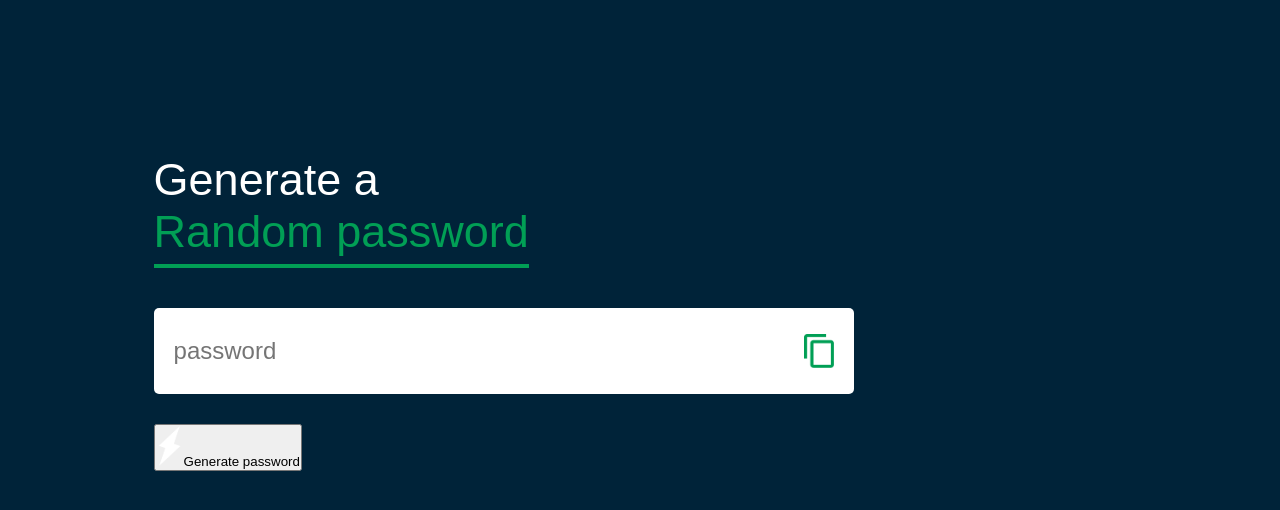
Repository: YAAMAR/password-generator
Page: Random password/index.html
These files come from the project's save history. The page is drawn as it stood at one moment and after a run of saves; the edit follows.
The browser window is 1280 px wide. The pictures show the whole page.

Above is the page before, as saved 2024-05-02 19:12:58.

### Random password/index.html
<!DOCTYPE html>
<html lang="en">
<head>
    <meta charset="UTF-8">
    <meta name="viewport" content="width=device-width, initial-scale=1.0">
    <title>Random Password Generator-Easy Tutorials</title>
    <link rel="stylesheet" href="style.css">
</head>
<body>
    <div class="container">

        <h1>Generate a <br> <span>Random password</span></h1>
        <div class="display">

            <input type="text" id="password" placeholder="password">
            <img src="images/copy.png">
        </div>
        <button> <img src="images/generate.png">Generate password</button>
    </div>
</body>
</html>

### Random password/style.css
*{
    margin: 0;
    padding: 0;
    font-family: 'poppins',sans-serif;
    box-sizing: border-box;
}
body{
    background: #002339;
    color: #fff;
}
.container{
    margin: 12%;
    width: 90%;
    max-width: 700px;
}
.display{
    width: 100%;
    margin-top: 50px;
    margin-bottom: 30px;
    background:#fff ;
color: #fff;
display: flex;
align-items: center;
justify-content: space-between;
padding: 26px 20px;
border-radius: 5px;
}
.container h1{
    font-weight: 500;
    font-size: 45px;
}
.container h1 span{
    color: #019f55;
    border-bottom:4px solid #019f55 ;
    padding-bottom:7px ;

}
.display img{
    width: 30px;
    cursor: pointer;
}
.display input{
    border: 0;
    outline: 0;
    font-size: 24px;
}
.container button img{
    width: 28px;
    m

}

After the next 3 saves:
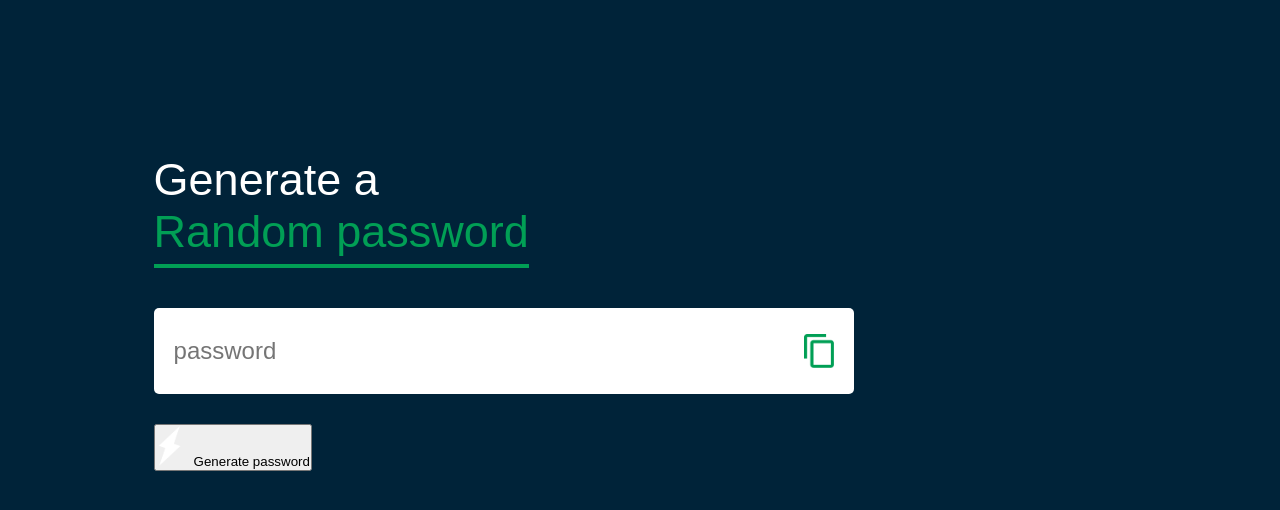
The 3 saves are shown as one change because they came seconds apart.
The last was saved 9 s later.
--- a/Random password/style.css
+++ b/Random password/style.css
@@ -46,6 +46,6 @@ border-radius: 5px;
 }
 .container button img{
     width: 28px;
-    m
+    margin-right: 10px;
 
 }
